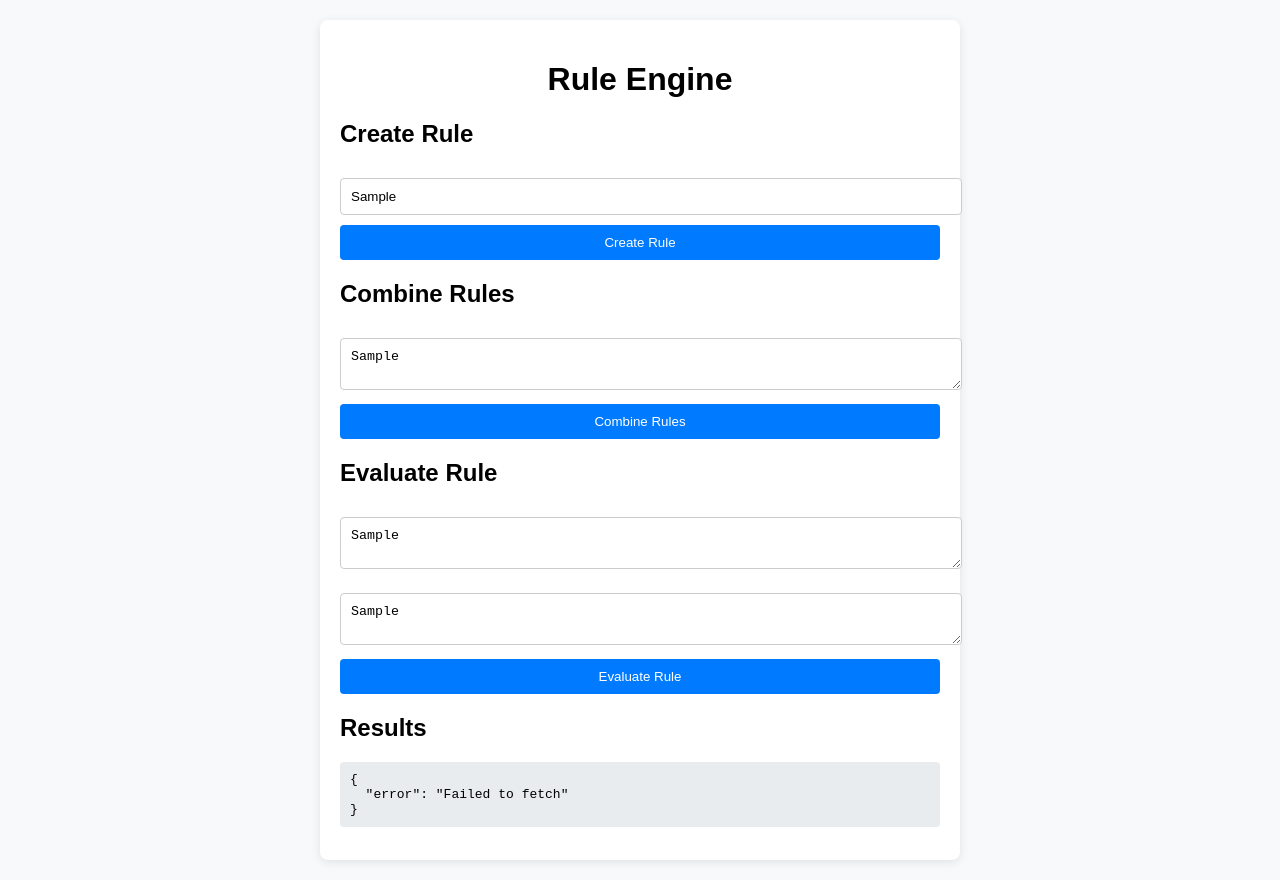
Repository: gaganabasappa/RuleEngineWithAst
Page: RuleEngineWithAst/src/main/webapp/index.html
The author's editor kept a copy of each file at every save. The page is drawn from the files as they stood at one save, then again after the next save.
The browser window is 1280 px wide. The pictures show the whole page.
Empty fields were first filled with sample values (such as "Sample", 5 or name@example.com).
After loading, the first visible `#createRuleBtn` was clicked once.
The page's requests for data from a server got no answer.

Above is the page before, as saved 2024-10-22 13:45:12.

After the next save:
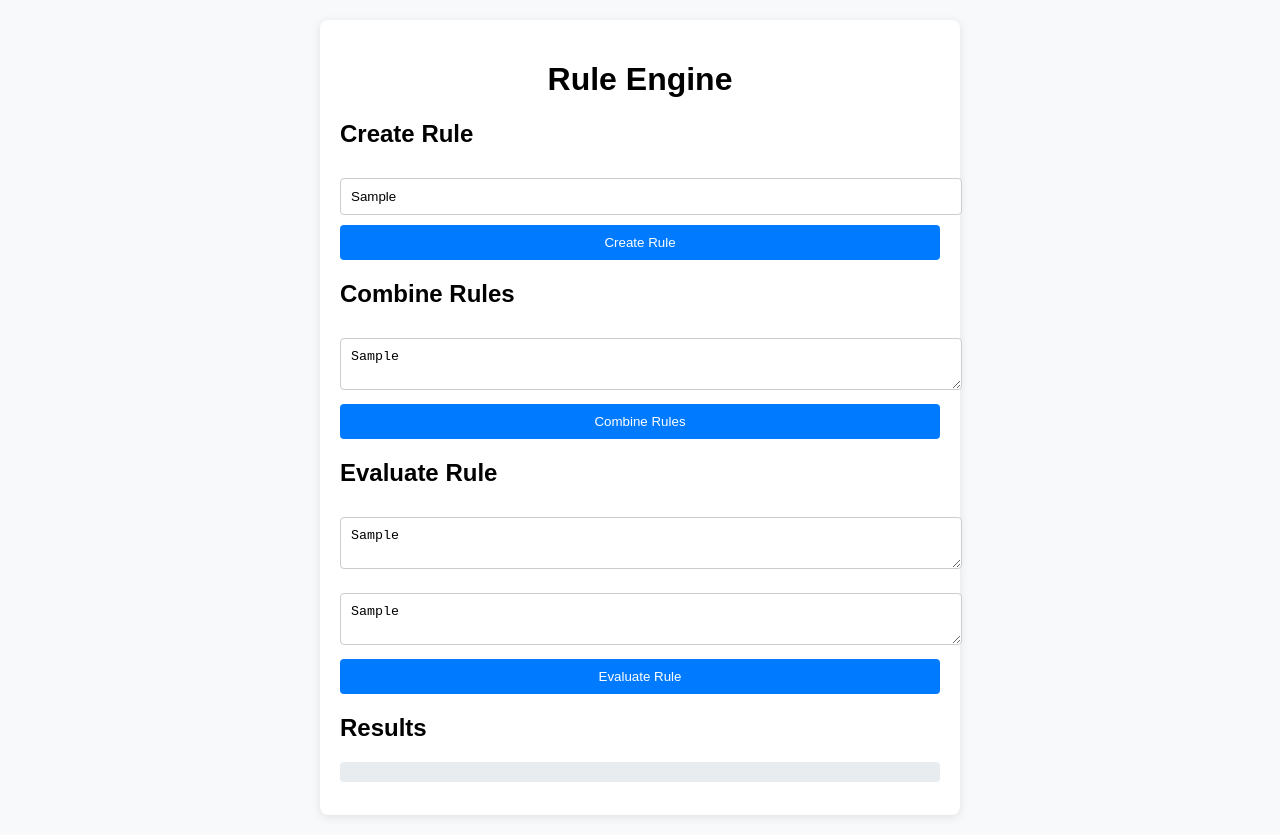
Saved 2 h 39 min later.
--- a/RuleEngineApplication/src/main/webapp/script.js
+++ b/RuleEngineApplication/src/main/webapp/script.js
@@ -1,107 +1,52 @@
-// Add event listeners for buttons
 document.getElementById('createRuleBtn').addEventListener('click', createRule);
 document.getElementById('combineRulesBtn').addEventListener('click', combineRules);
 document.getElementById('evaluateRuleBtn').addEventListener('click', evaluateRule);
 
-// Set the base URL for your backend API
-const apiBaseUrl = 'http://localhost:8080/api/rule_engine'; // Make sure this URL is correct
+const apiBaseUrl = 'http://localhost:8080/api/rules'; // Update with your backend API URL
 
-// Function to create a rule
 async function createRule() {
     const ruleString = document.getElementById('ruleInput').value;
+    const response = await fetch(`${apiBaseUrl}/create`, {
+        method: 'POST',
+        headers: {
+            'Content-Type': 'application/json',
+        },
+        body: JSON.stringify(ruleString),
+    });
 
-    // Check if the input is not empty
-    if (!ruleString.trim()) {
-        displayResult({ error: 'Please enter a rule.' });
-        return;
-    }
-    try {
-        const response = await fetch(`${apiBaseUrl}/create`, {
-            method: 'POST',
-            headers: {
-                'Content-Type': 'application/json',
-            },
-            body: JSON.stringify({ rule: ruleString }), // Make sure to wrap the rule string in an object
-        });
-
-        if (!response.ok) {
-            throw new Error('Failed to create rule. Server responded with status ' + response.status);
-        }
-
-        const result = await response.json();
-        displayResult(result);
-    } catch (error) {
-        displayResult({ error: error.message });
-    }
+    const result = await response.json();
+    displayResult(result);
 }
 
-// Function to combine rules
 async function combineRules() {
-    const rulesInput = document.getElementById('combineRulesInput').value;
-    const rules = rulesInput.split(',').map(rule => rule.trim());
+    const rules = document.getElementById('combineRulesInput').value.split(',');
+    const response = await fetch(`${apiBaseUrl}/combine`, {
+        method: 'POST',
+        headers: {
+            'Content-Type': 'application/json',
+        },
+        body: JSON.stringify(rules),
+    });
 
-    if (rules.length === 0 || !rules[0]) {
-        displayResult({ error: 'Please enter at least one rule to combine.' });
-        return;
-    }
-
-    try {
-        const response = await fetch(`${apiBaseUrl}/combine`, { method: 'POST',headers: {
-                'Content-Type': 'application/json',
-            },
-            body: JSON.stringify({ rules }), // Send an object containing the rules array
-        });
-
-        if (!response.ok) {
-            throw new Error('Failed to combine rules. Server responded with status ' + response.status);
-        }
-
-        const result = await response.json();
-        displayResult(result);
-    } catch (error) {
-        displayResult({ error: error.message });
-    }
+    const result = await response.json();
+    displayResult(result);
 }
 
-// Function to evaluate a rule
 async function evaluateRule() {
     const rule = document.getElementById('evaluateRuleInput').value;
-    const dataInput = document.getElementById('evaluateDataInput').value;
+    const data = document.getElementById('evaluateDataInput').value;
+    const response = await fetch(`${apiBaseUrl}/evaluate`, {
+        method: 'POST',
+        headers: {
+            'Content-Type': 'application/json',
+        },
+        body: JSON.stringify({ rule, data }),
+    });
 
-    if (!rule.trim() || !dataInput.trim()) {
-        displayResult({ error: 'Please enter both rule and data to evaluate.' });
-        return;
-    }
-
-    let data;
-    try {
-        data = JSON.parse(dataInput); // Parse the data input as JSON
-    } catch (error) {
-        displayResult({ error: 'Invalid JSON format for data.' });
-        return;
-    }
-
-    try {
-        const response = await fetch(`${apiBaseUrl}/evaluate`, {
-            method: 'POST',
-            headers: {
-                'Content-Type': 'application/json',
-            },
-            body: JSON.stringify({ rule, data }), // Send both rule and data as an object
-        });
-
-        if (!response.ok) {
-            throw new Error('Failed to evaluate rule. Server responded with status ' + response.status);
-        }
-
-        const result = await response.json();
-        displayResult(result);
-    } catch (error) {
-        displayResult({ error: error.message });
-    }
+    const result = await response.json();
+    displayResult(result);
 }
 
-// Function to display results or errors
 function displayResult(result) {
     const resultsElement = document.getElementById('results');
     resultsElement.textContent = JSON.stringify(result, null, 2);

After the save that followed:
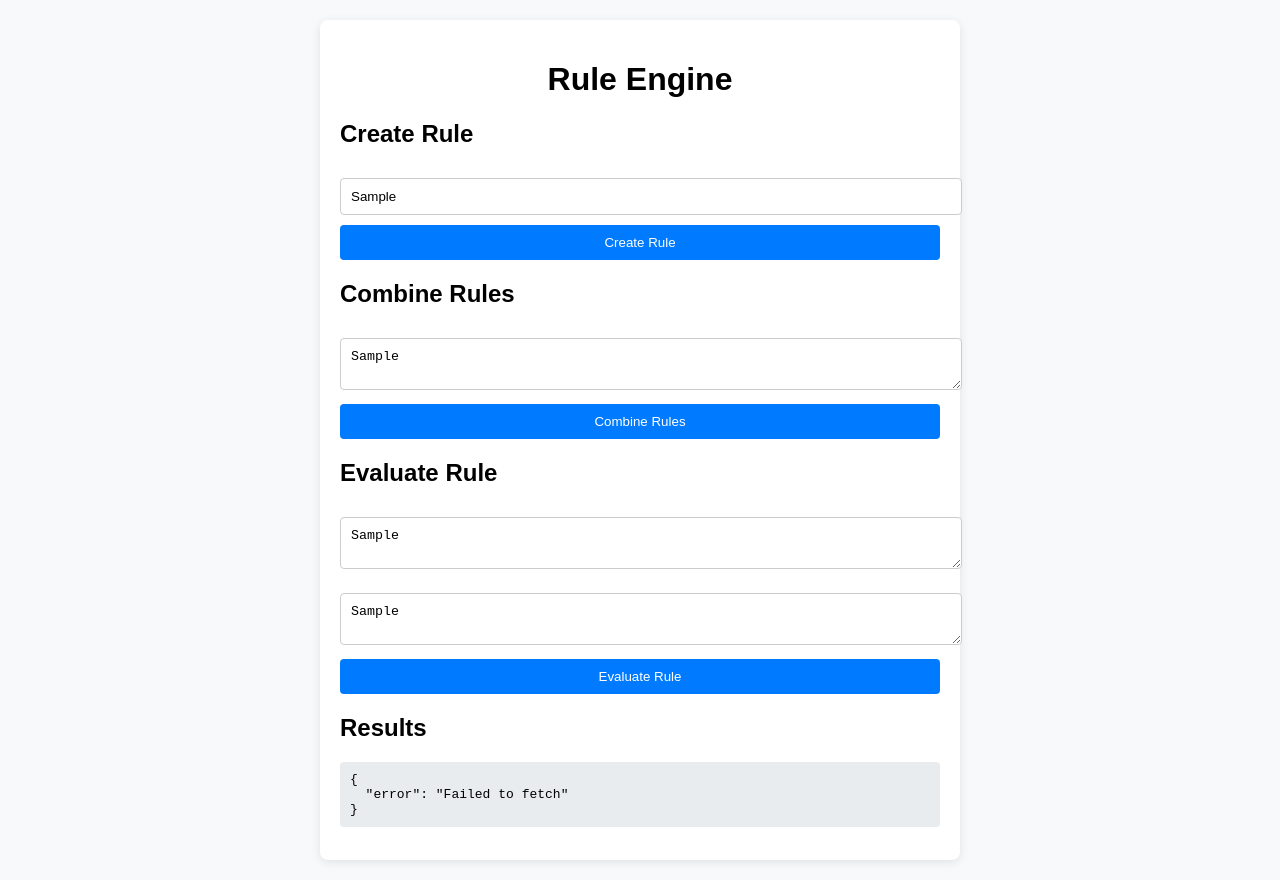
Saved 2 min 36 s later.
--- a/RuleEngineApplication/src/main/webapp/script.js
+++ b/RuleEngineApplication/src/main/webapp/script.js
@@ -1,52 +1,116 @@
+// Add event listeners for buttons
 document.getElementById('createRuleBtn').addEventListener('click', createRule);
 document.getElementById('combineRulesBtn').addEventListener('click', combineRules);
 document.getElementById('evaluateRuleBtn').addEventListener('click', evaluateRule);
 
-const apiBaseUrl = 'http://localhost:8080/api/rules'; // Update with your backend API URL
+// Set the base URL for your backend API
+const apiBaseUrl = 'http://localhost:8080/api/rule_engine'; // Make sure this URL is correct
 
+const ERROR_MESSAGES = {
+    EMPTY_RULE: 'Please enter a rule.',
+    EMPTY_COMBINE_RULES: 'Please enter at least one rule to combine.',
+    EMPTY_EVALUATE: 'Please enter both rule and data to evaluate.',
+    INVALID_JSON: 'Invalid JSON format for data.'
+};
+
+// Function to create a rule
 async function createRule() {
     const ruleString = document.getElementById('ruleInput').value;
-    const response = await fetch(`${apiBaseUrl}/create`, {
-        method: 'POST',
-        headers: {
-            'Content-Type': 'application/json',
-        },
-        body: JSON.stringify(ruleString),
-    });
 
-    const result = await response.json();
-    displayResult(result);
+    // Check if the input is not empty
+    if (!ruleString.trim()) {
+        displayResult({ error: ERROR_MESSAGES.EMPTY_RULE });
+        return;
+    }
+    try {
+        const response = await fetch(`${apiBaseUrl}/create`, {
+            method: 'POST',
+            headers: {
+                'Content-Type': 'application/json',
+            },
+            body: JSON.stringify({ rule: ruleString }), // Wrap the rule string in an object
+        });
+
+        if (!response.ok) {
+            throw new Error('Failed to create rule. Server responded with status ' + response.status);
+        }
+
+        const result = await response.json();
+        displayResult(result);
+    } catch (error) {
+        displayResult({ error: error.message });
+    }
 }
 
+// Function to combine rules
 async function combineRules() {
-    const rules = document.getElementById('combineRulesInput').value.split(',');
-    const response = await fetch(`${apiBaseUrl}/combine`, {
-        method: 'POST',
-        headers: {
-            'Content-Type': 'application/json',
-        },
-        body: JSON.stringify(rules),
-    });
+    const rulesInput = document.getElementById('combineRulesInput').value;
+    const rules = rulesInput.split(',').map(rule => rule.trim());
 
-    const result = await response.json();
-    displayResult(result);
+    if (rules.length === 0 || !rules[0]) {
+        displayResult({ error: ERROR_MESSAGES.EMPTY_COMBINE_RULES });
+        return;
+    }
+
+    try {
+        const response = await fetch(`${apiBaseUrl}/combine`, {
+            method: 'POST',
+            headers: {
+                'Content-Type': 'application/json',
+            },
+            body: JSON.stringify({ rules }), // Send an object containing the rules array
+        });
+
+        if (!response.ok) {
+            throw new Error('Failed to combine rules. Server responded with status ' + response.status);
+        }
+
+        const result = await response.json();
+        displayResult(result);
+    } catch (error) {
+        displayResult({ error: error.message });
+    }
 }
 
+// Function to evaluate a rule
 async function evaluateRule() {
     const rule = document.getElementById('evaluateRuleInput').value;
-    const data = document.getElementById('evaluateDataInput').value;
-    const response = await fetch(`${apiBaseUrl}/evaluate`, {
-        method: 'POST',
-        headers: {
-            'Content-Type': 'application/json',
-        },
-        body: JSON.stringify({ rule, data }),
-    });
+    const dataInput = document.getElementById('evaluateDataInput').value;
 
-    const result = await response.json();
-    displayResult(result);
+    if (!rule.trim() || !dataInput.trim()) {
+        displayResult({ error: ERROR_MESSAGES.EMPTY_EVALUATE });
+        return;
+    }
+
+    let data;
+    try {
+        data = JSON.parse(dataInput); // Parse the data input as JSON
+    } catch (error) {
+        displayResult({ error: ERROR_MESSAGES.INVALID_JSON });
+        return;
+    }
+
+    try {
+        const response = await fetch(`${apiBaseUrl}/evaluate`, {
+            method: 'POST',
+            headers: {
+                'Content-Type': 'application/json',
+            },
+            body: JSON.stringify({ rule, data }), // Send both rule and data as an object
+        });
+
+        if (!response.ok) {
+            throw new Error('Failed to evaluate rule. Server responded with status ' + response.status);
+        }
+
+        const result = await response.json();
+        displayResult(result);
+    } catch (error) {
+        displayResult({ error: error.message });
+    }
 }
 
+// Function to display results or errors
 function displayResult(result) {
     const resultsElement = document.getElementById('results');
     resultsElement.textContent = JSON.stringify(result, null, 2);
